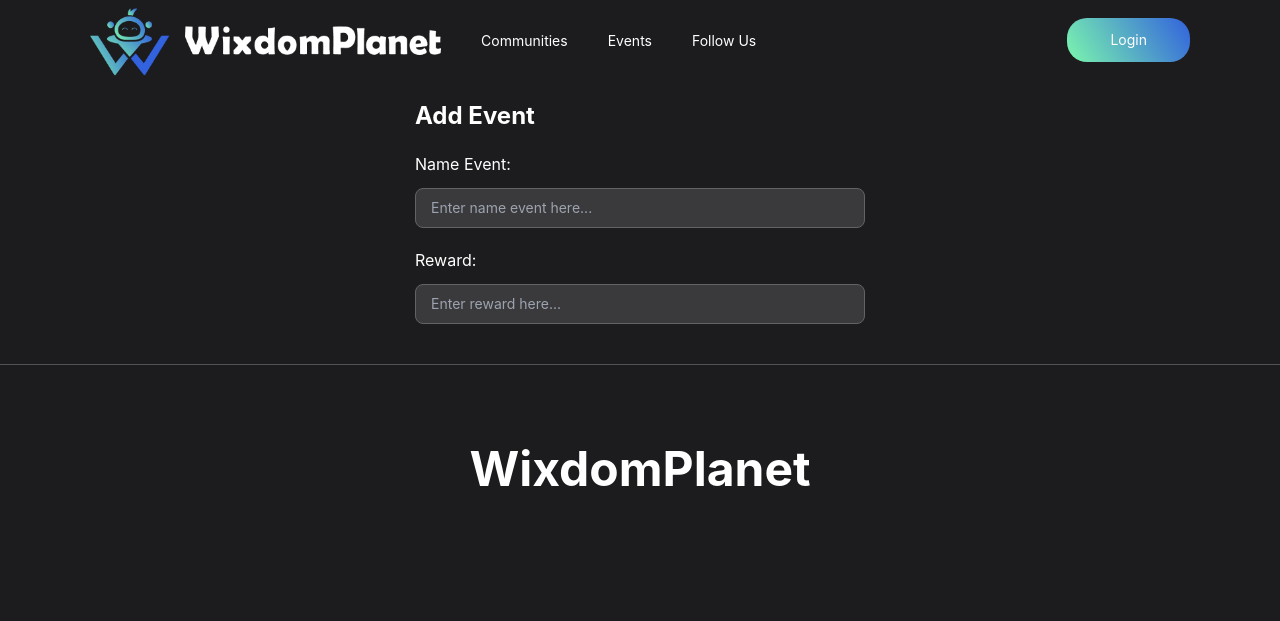
Repository: haudnn/WixdomPlanet-demo
Page: /add
An editor plug-in stored every save of this project. The page is shown before and after the next save, followed by the edit.
The browser window is 1280 px wide. The pictures show the whole page.
The project was rebuilt for these pictures with package versions that can differ from the ones it lists, and the page was loaded fresh each time. Also part of the build but not shown: vite.config.js, src/App.css, src/features/Event/components/EventItem.jsx, src/features/Event/page/Event.jsx, src/features/Home.jsx.

Above is the page before, as saved 2023-02-03 11:54:33.

### src/App.jsx
import "./App.css";
import { BrowserRouter } from "react-router-dom";
import Header from "./components/Layout/Header";
import RoutesConfig from "./config/RoutesConfig";
import Footer from "./components/Layout/Footer";
function App() {
  return (
    <div className="App bg-[#1c1c1e] min-h-screen">
      <BrowserRouter>
        <Header />
        <RoutesConfig/>
        <Footer/>
      </BrowserRouter>
    </div>
  );
}

export default App;

### src/index.css
@tailwind base;
@tailwind components;
@tailwind utilities;

:root {
  font-family: Inter, system-ui, Avenir, Helvetica, Arial, sans-serif;
}

### src/components/Layout/Header.jsx
import React from 'react'
import { Link } from 'react-router-dom'
import logo from "../../assets/imgs/logo.png"
const Header = () => {
  return (
    <header className='h-[80px]'>
        <div className='max-w-[1140px] my-0 mx-auto h-full px-5'>
            <div className='flex items-center justify-between h-full'>
                <div className='flex items-center gap-x-10'>
                    <div className='h-[80px]'>
                        <Link to="/">
                            <img src={logo} alt="Logo" className='w-full h-full object-cover' />
                        </Link>
                    </div>
                    <ul className='flex items-center gap-x-10'>
                        <li>
                            <Link className='text-sm text-white' to="/communities">Communities</Link>
                        </li>
                        <li>
                            <Link className='text-sm text-white' to="/events">Events</Link>
                        </li>
                        <li>
                            <Link className='text-sm text-white' to="/follow">Follow Us</Link>
                        </li>
                    </ul>
                </div>
                <button style={{background: "linear-gradient(239deg,#3262dd,#7af4ae 98.78%)"}} className='text-sm text-white rounded-[20px] py-3 px-[43px]'>
                    <Link to="/login">Login</Link>
                </button>
            </div>
        </div>
    </header>
  )
}

export default Header

### src/config/RoutesConfig.jsx
import { Routes, Route } from 'react-router-dom';
import routes from '../constants/routes';
function RoutesConfig() {
  return (
    <Routes>
      {routes.map(({ path, component }) => (
        <Route key={path} path={path} element={component} />
      ))}
    </Routes>
  );
}
export default RoutesConfig;

### src/components/Layout/Footer.jsx
import React from 'react'

const Footer = () => {
  return (
    <footer className='border-t border-solid border-[#525252]'>
        <div className='max-w-[1140px] my-0 mx-auto px-5'>
            <div className="pt-[80px] pb-[48px] text-center text-white text-5xl font-bold">
               WixdomPlanet
            </div>
        </div>
    </footer>
  )
}

export default Footer

### src/constants/routes.jsx
import AddEvent from "../features/Event/page/AddEvent";
import Home from "../features/Home";

const routes = [
    {
      path: '/',
      component: <Home/>,
    },
    {
        path: '/add',
        component: <AddEvent/>,
      },
]
export default routes;

### src/features/Event/page/AddEvent.jsx
import React from "react";

const AddEvent = () => {
  return (
    <section className="add flex items-center justify-center my-5">
      <div>
        <p className="font-bold text-2xl text-white">Add Event</p>
        <div className="form mt-5">
          <form action="">
            <div className="mb-5">
              <label htmlFor="" className="text-white text-base">
                Name Event:
              </label>
              <div className="mt-3 w-[450px]">
                <input
                  type="text"
                  placeholder="Enter name event here..."
                  className="text-sm px-[15px] h-10 leading-10 border border-solid border-[#636366] inline-block w-full bg-[#3a3a3c] rounded-lg text-white"
                />
              </div>
            </div>
            <div className="mb-5">
              <label htmlFor="" className="text-white text-base">
                Reward:
              </label>
              <div className="mt-3 w-[450px]">
                <input
                  type="text"
                  placeholder="Enter reward here..."
                  className="text-sm px-[15px] h-10 leading-10 border border-solid border-[#636366] inline-block w-full bg-[#3a3a3c] rounded-lg text-white"
                />
              </div>
            </div>
          </form>
        </div>
      </div>
    </section>
  );
};

export default AddEvent;

Loaded but not shown: index.html (common file); src/main.jsx (common file); tailwind.config.cjs (common file)

After the next save:
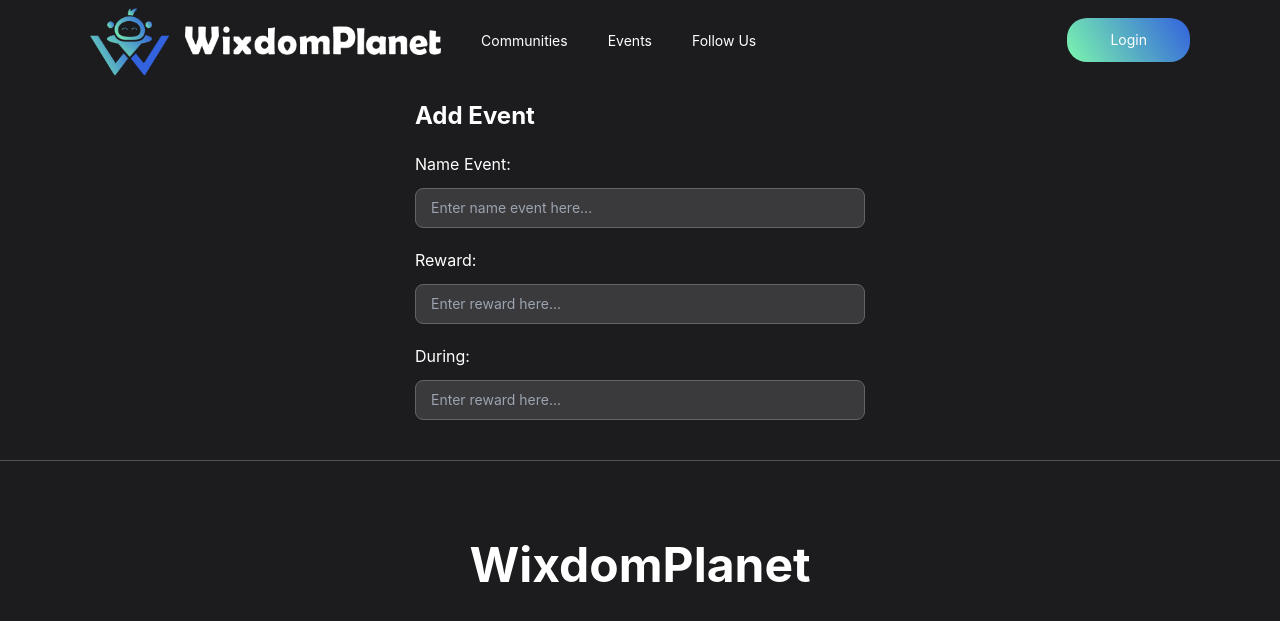
Saved 3 min 35 s later.
--- a/src/features/Event/page/AddEvent.jsx
+++ b/src/features/Event/page/AddEvent.jsx
@@ -30,6 +30,20 @@ const AddEvent = () => {
                   className="text-sm px-[15px] h-10 leading-10 border border-solid border-[#636366] inline-block w-full bg-[#3a3a3c] rounded-lg text-white"
                 />
               </div>
+
+            </div>
+            <div className="mb-5">
+              <label htmlFor="" className="text-white text-base">
+                During:
+              </label>
+              <div className="mt-3 w-[450px]">
+                <input
+                  type="text"
+                  placeholder="Enter reward here..."
+                  className="text-sm px-[15px] h-10 leading-10 border border-solid border-[#636366] inline-block w-full bg-[#3a3a3c] rounded-lg text-white"
+                />
+              </div>
+
             </div>
           </form>
         </div>
